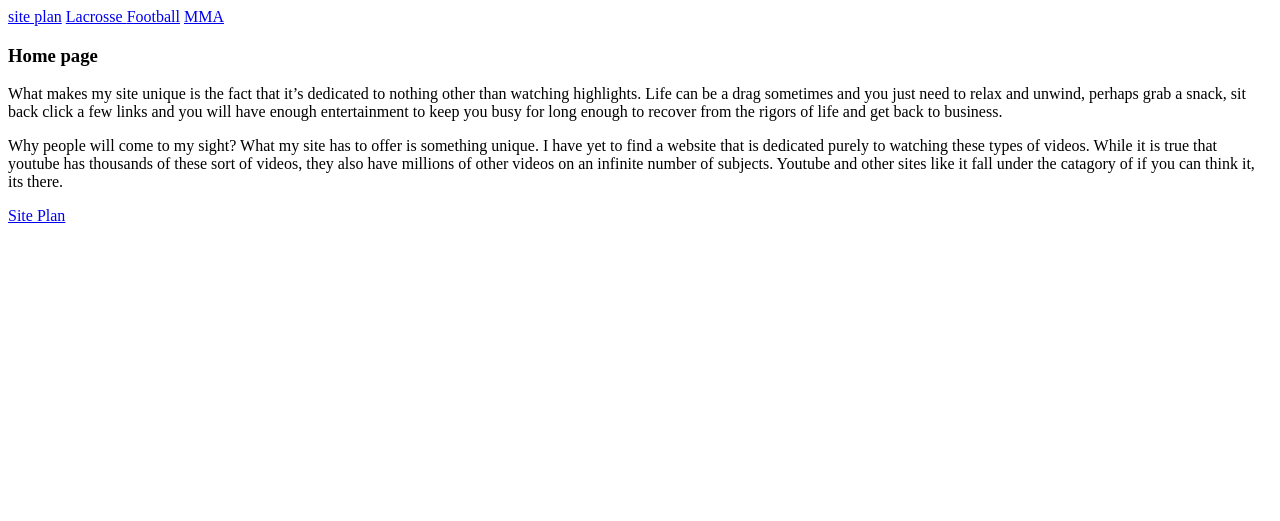
Repository: nak97/personal-site
Page: index.html
An editor plug-in stored every save of this project. The page is shown before and after the next save, followed by the edit.
The browser window is 1280 px wide. The pictures show the whole page.
Some icons come from a web library that is not loaded, so they are not drawn. Some web fonts or font styles are not loaded; a fallback is used. Some web libraries are served in a nearby version.

Above is the page before, as saved 2023-03-17 09:53:27.

After the next save:
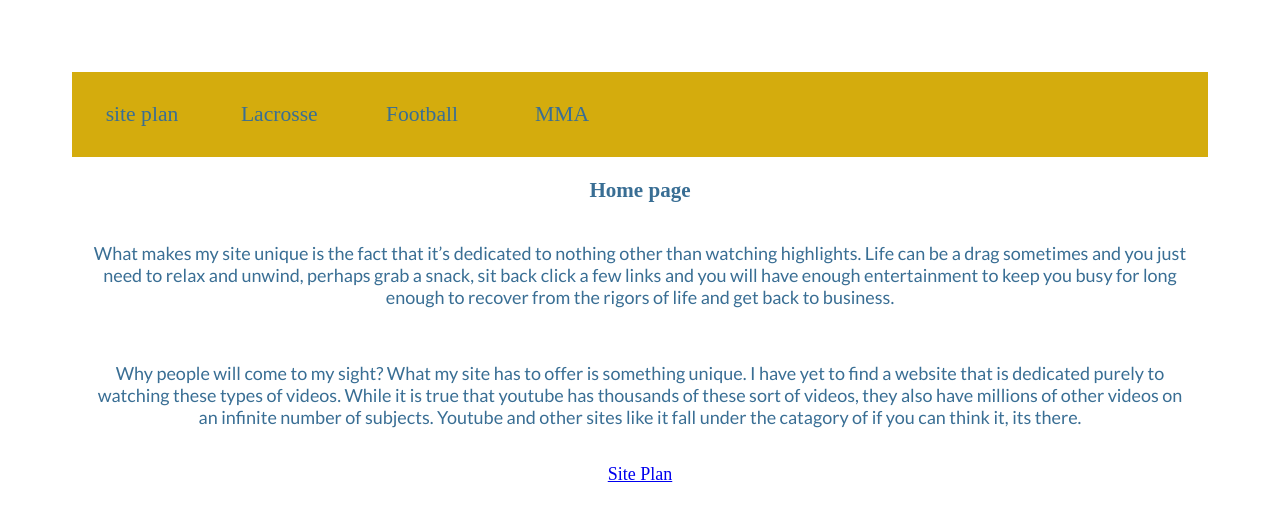
Saved 80 s later.
--- a/index.html
+++ b/index.html
@@ -4,6 +4,8 @@
   <meta charset="UTF-8">
   <meta http-equiv="X-UA-Compatible" content="IE=edge">
   <meta name="viewport" content="width=device-width, initial-scale=1.0">
+  <link rel="stylesheet" href="site-plan.css">
+  <script src="https://kit.fontawesome.com/a02df793c4.js" crossorigin="anonymous"></script>
   <title> Home</title>
 </head>
 <body>
